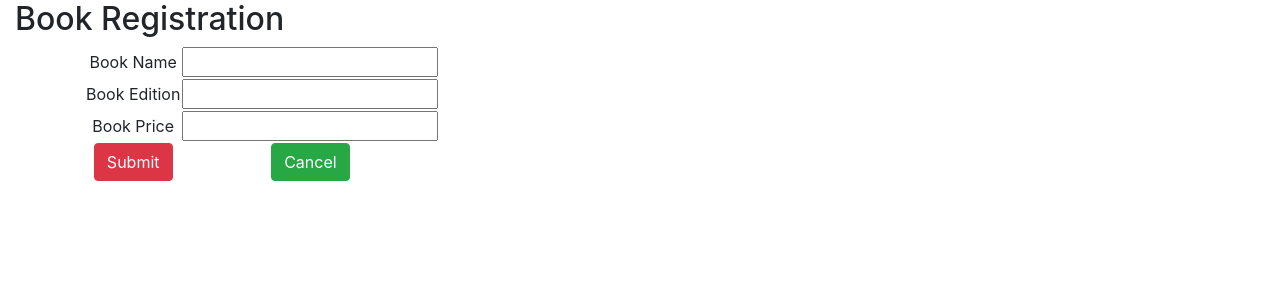
Repository: meriam0000/servlet
Page: BookWebApp/src/main/webapp/Home.html
These files come from the project's save history. The page is drawn as it stood at one moment and after the next save; the edit follows.
The browser window is 1280 px wide. The pictures show the whole page.

Above is the page before, as saved 2024-02-12 20:31:02.

After the next save:
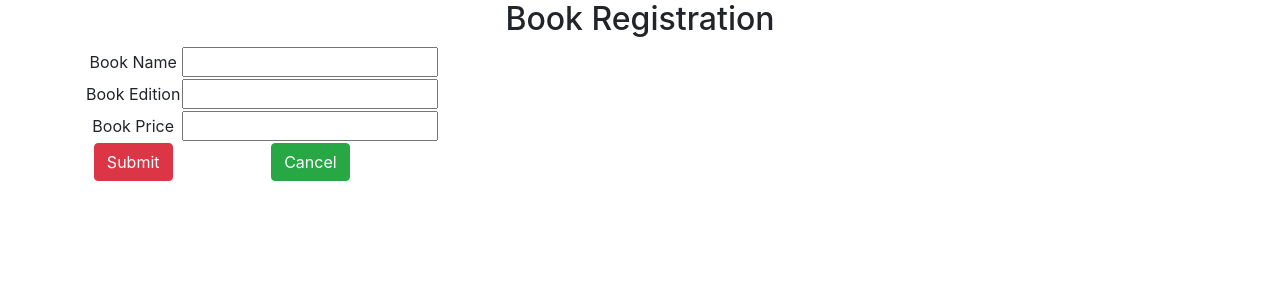
Saved 39 s later.
--- a/BookWebApp/src/main/webapp/Home.html
+++ b/BookWebApp/src/main/webapp/Home.html
@@ -6,7 +6,7 @@
 <link rel="stylesheet"  href="css/bootstrap.css ">
 </head>
 <body class="container-fluid">
-<h2>Book Registration</h2>
+<h2 class="text-center">Book Registration </h2>
 <form action="register" method="post" class="container text-center">
 <table>
 <tr>
